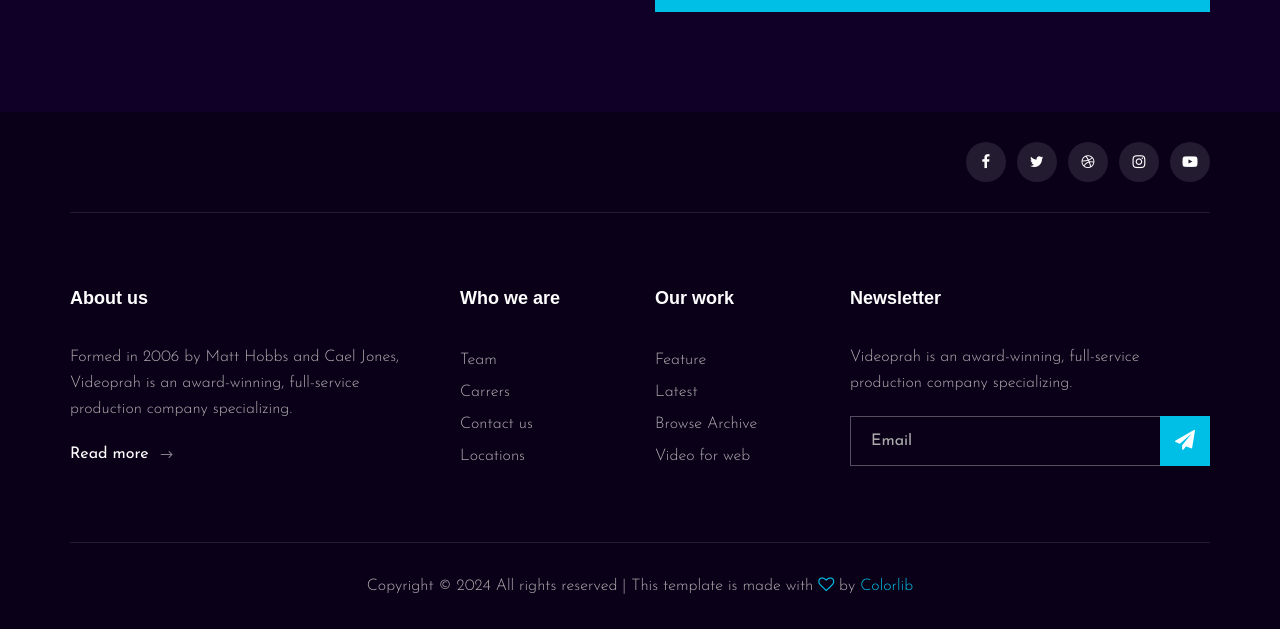
Repository: codexshot/himanshu-portfolio.io
Page: contact.html
The author's editor kept a copy of each file at every save. The page is drawn from the files as they stood at one save, then again after a run of saves.
The browser window is 1280 px wide. The pictures show the part of the page from y = 1095 to 1724 px (the page is 1724 px tall before and 1663 px after).
Some web fonts or font styles are not loaded; a fallback is used.

Above is the page before, as saved 2024-04-14 19:02:42.

After the next 7 saves:
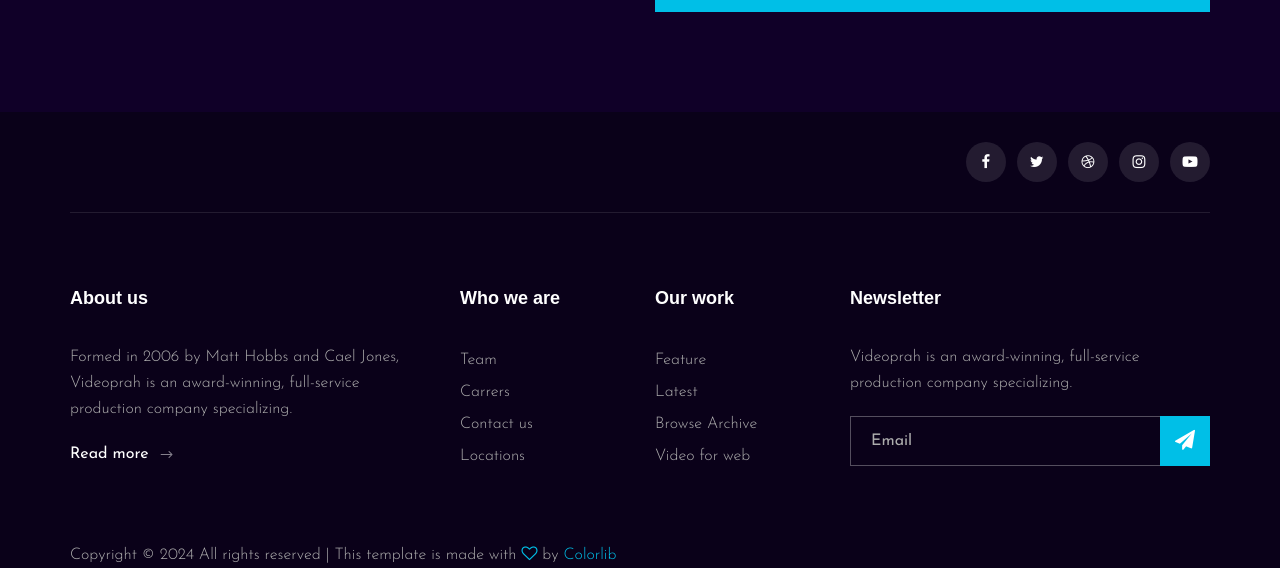
The 7 saves are shown as one change because they came seconds apart.
The last was saved 20 s later.
--- a/contact.html
+++ b/contact.html
@@ -218,9 +218,9 @@
                     </div>
                 </div>
             </div>
-            <div class="footer__copyright">
-                <div class="row">
-                    <div class="col-lg-12 text-center">
+            <!-- <div class="footer__copyright"> -->
+                <!-- <div class="row"> -->
+                    <!-- <div class="col-lg-12 text-center"> -->
                         <!-- Link back to Colorlib can't be removed. Template is licensed under CC BY 3.0. -->
                         <p class="footer__copyright__text">Copyright &copy;
                             <script>
@@ -228,11 +228,11 @@
                             </script>
                             All rights reserved | This template is made with <i class="fa fa-heart-o"
                                 aria-hidden="true"></i> by <a href="https://colorlib.com" target="_blank">Colorlib</a>
-                        </p>
+                        <!-- </p> -->
                         <!-- Link back to Colorlib can't be removed. Template is licensed under CC BY 3.0. -->
-                    </div>
-                </div>
-            </div>
+                    <!-- </div> -->
+                <!-- </div> -->
+            <!-- </div> -->
         </div>
     </footer>
     <!-- Footer Section End -->
